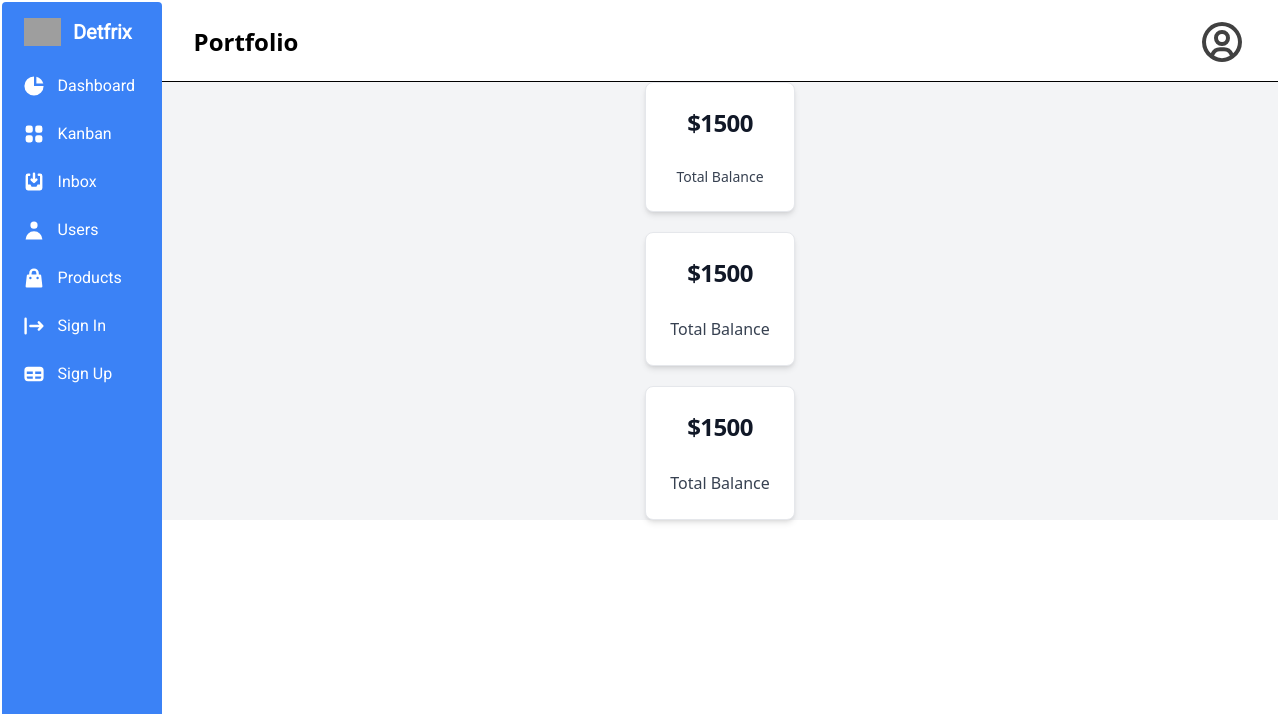
Repository: Elishaokon13/detfrix
Page: /dashboard
The author's editor kept a copy of each file at every save. The page is drawn from the files as they stood at one save, then again after a run of saves.
The browser window is 1280 px wide. The pictures show the whole page.
Pictures or frames that could not be fetched are drawn as grey boxes. The project was rebuilt for these pictures with package versions that can differ from the ones it lists, and the page was loaded fresh each time. Also part of the build but not shown: src/pages/SignIn.jsx, src/components/HomeHero.jsx, src/components/Navbar.jsx, src/components/Banner.jsx, src/components/Features.jsx, src/components/Footer.jsx, src/components/Plan.jsx, src/components/Testimonals.jsx and 3 more.

Above is the page before, as saved 2022-10-03 23:22:27.

### src/index.js
import React from "react";
import ReactDOM from "react-dom/client";
import "./index.css";
import "./alpha.css";
import App from "./App";

const root = ReactDOM.createRoot(document.getElementById("root"));
root.render(
   <React.StrictMode>
      <App />
   </React.StrictMode>
);

### src/index.css
@import url('https://fonts.googleapis.com/css2?family=Roboto&display=swap');

@tailwind base;
@tailwind components;
@tailwind utilities;

@layer utilities{
    @font-face {
        font-family: 'grotesk';
        src: url('/public/SpaceGrotesk.ttf');
    }
}

### src/alpha.css
:root {
  --color-primary-blue: #0057ff;
  --color-primary-blue-1: #447be7;
  --color-white: #f4f4f4;
}

.dashboard {
  display: grid;
  grid-template-columns: 10rem 1fr;
  grid-template-rows: 75px 1fr 0px;
  grid-template-areas: "sidenav body";
  height: 99vh;
  margin: 0.1rem;
  overflow: hidden;
}
@media only screen and (max-width: 41.875em) {
  .dashboard {
    grid-template-areas: "body";
    grid-template-columns: 1fr;
    height: 100vh;
    margin: 0px;
  }
}
.dashboard_sidebar {
  grid-area: sidenav;
}
@media only screen and (max-width: 41.875em) {
  .dashboard_sidebar {
    display: none;
  }
}
.dashboard_body {
  grid-area: body;
}
.dashboard_header {
  height: 5rem;
  border-bottom: 1px solid;
}
.dashboard_content {
  height: 88.5vh;
  overflow-x: auto;
}

.portfolio-header {
  height: inherit;
  padding: 2rem;
}
.portfolio-icon {
  height: 3rem;
  width: 3rem;
  fill: rgb(65, 65, 65);
}
.portfolio_box {
  padding: 2rem 5rem;
  border-radius: 10px;
  border: transparent;
  background-color: var(--color-white);
  outline: 1px solid var(--color-primary-blue);
  border-bottom: 15px solid rgba(68, 123, 231, 0.2);
}
.portfolio_box > h3 {
  font-size: 2rem;
  font-weight: 600;
  margin-bottom: 3rem;
}
.portfolio_box > p {
  text-transform: capitalize;
  font-size: 1.2rem;
  font-weight: 600;
}
.portfolio-cards {
  margin: 1rem;
}
@media only screen and (max-width: 57.5em) {
  .portfolio-cards {
    display: grid;
    grid-template-columns: repeat(auto-fit, minmax(15rem, 1fr));
  }
}

/*# sourceMappingURL=alpha.css.map */

### src/App.js
import {BrowserRouter as Router, Routes, Route} from 'react-router-dom';
import Home from './pages/Home'
import NotFound from './pages/NotFound'
import SignIn from './pages/SignIn'
import Dashboard from './pages/Dashboard';

function App() {
  return (
    <div className="App">
    <Router>
        <Routes>
          <Route path="/" element={<Home />} />
          <Route path="/signin" element={<SignIn />} />
          <Route path="/dashboard" element={<Dashboard />} />
          <Route path="*" element={<NotFound />} />
        </Routes>
    </Router>

    </div>
  );
}

export default App;

### src/pages/Dashboard.jsx
import React from "react";
import DashboardLayout from "../organism/layout/DashboardLayout";
import Portfolio from "../portfolio/Portfolio";

export default function Dashboard() {
   return (
      <DashboardLayout>
         <Portfolio />
      </DashboardLayout>
   );
}

### src/organism/layout/DashboardLayout/index.js
import {DashboardLayout} from "./dashboardLayout";
export default DashboardLayout;

### src/portfolio/Portfolio.jsx
import React from "react"

export default function Portfolio() {
    return (
        <div className="grid grid-cols gap-5 p-70 items-center -right-23 justify-center w-full bg-gray-100 dark:bg-gray-900">



            <a href="#" class="block flex flex-col gap-5  item-start p-6 max-w-2xl bg-white rounded-lg border border-gray-200 shadow-md hover:bg-blue-100 dark:bg-gray-800 dark:border-gray-700 dark:hover:bg-gray-700">
                <h5 class="  mb-2 text-2xl text-center font-bold tracking-tight text-gray-900 dark:text-white">$1500</h5>
                <p class="font-normal text-sm text-center text-gray-700 dark:text-gray-400">Total Balance</p>
            </a>


            <a href="#" class="block flex flex-col gap-5 p-6 max-w-sm bg-white rounded-lg border border-gray-200 shadow-md hover:bg-blue-100 dark:bg-gray-800 dark:border-gray-700 dark:hover:bg-gray-700">
                <h5 class="mb-2 text-2xl font-bold text-center tracking-tight text-gray-900 dark:text-white">$1500</h5>
                <p class="font-normal text-gray-700 dark:text-gray-400">Total Balance</p>
            </a>


            <a href="#" class="block p-6 max-w-sm gap-5 flex flex-col bg-white rounded-lg border border-gray-200 shadow-md hover:bg-blue-100 dark:bg-gray-800 dark:border-gray-700 dark:hover:bg-gray-700">
                <h5 class="mb-2 text-2xl font-bold text-center tracking-tight text-gray-900 dark:text-white">$1500</h5>
                <p class="font-normal text-gray-700 dark:text-gray-400">Total Balance</p>
            </a>


        </div>
    )
}

### src/organism/layout/DashboardLayout/dashboardLayout.jsx
import Sidebar from "../../../components/Sidebar";
import Header from "../../base/dashboardHeader";

export const DashboardLayout = ({ children }) => {
   return (
      <section className="dashboard">
         <div className="dashboard_sidebar">
            <Sidebar />
         </div>
         <div className="dashboard_body">
            <header className="dashboard_header">
               <Header />
            </header>
            <main className="dashboard_content">{children}</main>
         </div>
      </section>
   );
};

### src/components/Sidebar.jsx
import { BsArrowLeftShort } from 'react-icons/bs';
import { useState } from 'react';

const Sidebar = () => {
   const [open, setOpen] = useState(true);

   return (

      <aside class='w-20  md:w-40' aria-label="Sidebar">
         <div class='overflow-y-auto py-4 px-3  h-screen font-[roboto] bg-blue-500 rounded dark:bg-white-800'>

            <a href="https://flowbite.com/" class="flex items-center pl-2.5 mb-5">
               <img src="https://flowbite.com/docs/images/logo.svg" class="mr-3 h-6 sm:h-7" alt="Flowbite Logo" />
               <span class="self-center text-xl hidden md:inline font-semibold whitespace-nowrap text-white">Detfrix</span>
            </a>

            <ul class="space-y-2">
               <li>
                  <a href="#" class="flex items-center p-2 text-base font-normal text-white rounded-lg dark:text-white hover:bg-white-100 dark:hover:bg-white-700">
                     <svg aria-hidden="true" class="w-6 h-6 text-white transition duration-75 text-white-400 group-hover:text-white dark:group-hover:text-white" fill="currentColor" viewBox="0 0 20 20" xmlns="http://www.w3.org/2000/svg"><path d="M2 10a8 8 0 018-8v8h8a8 8 0 11-16 0z"></path><path d="M12 2.252A8.014 8.014 0 0117.748 8H12V2.252z"></path></svg>
                     <span class="ml-3 hidden md:inline">Dashboard</span>
                  </a>
               </li>
               <li>
                  <a href="#" class="flex items-center p-2 text-base font-normal text-white rounded-lg dark:text-white hover:bg-white-100 dark:hover:bg-white-700">
                     <svg aria-hidden="true" class="flex-shrink-0 w-6 h-6 text-white transition duration-75 dark:text-white-400 group-hover:text-white dark:group-hover:text-white" fill="currentColor" viewBox="0 0 20 20" xmlns="http://www.w3.org/2000/svg"><path d="M5 3a2 2 0 00-2 2v2a2 2 0 002 2h2a2 2 0 002-2V5a2 2 0 00-2-2H5zM5 11a2 2 0 00-2 2v2a2 2 0 002 2h2a2 2 0 002-2v-2a2 2 0 00-2-2H5zM11 5a2 2 0 012-2h2a2 2 0 012 2v2a2 2 0 01-2 2h-2a2 2 0 01-2-2V5zM11 13a2 2 0 012-2h2a2 2 0 012 2v2a2 2 0 01-2 2h-2a2 2 0 01-2-2v-2z"></path></svg>
                     <span class="flex-1 ml-3 hidden md:inline whitespace-nowrap">Kanban</span>

                  </a>
               </li>
               <li>
                  <a href="#" class="flex items-center p-2 text-base font-normal text-white rounded-lg dark:text-white hover:bg-white-100 dark:hover:bg-white-700">
                     <svg aria-hidden="true" class="flex-shrink-0 w-6 h-6 text-white transition duration-75 dark:text-white-400 group-hover:text-white dark:group-hover:text-white" fill="currentColor" viewBox="0 0 20 20" xmlns="http://www.w3.org/2000/svg"><path d="M8.707 7.293a1 1 0 00-1.414 1.414l2 2a1 1 0 001.414 0l2-2a1 1 0 00-1.414-1.414L11 7.586V3a1 1 0 10-2 0v4.586l-.293-.293z"></path><path d="M3 5a2 2 0 012-2h1a1 1 0 010 2H5v7h2l1 2h4l1-2h2V5h-1a1 1 0 110-2h1a2 2 0 012 2v10a2 2 0 01-2 2H5a2 2 0 01-2-2V5z"></path></svg>
                     <span class="flex-1 ml-3 hidden md:inline whitespace-nowrap">Inbox</span>

                  </a>
               </li>
               <li>
                  <a href="#" class="flex items-center p-2 text-base font-normal text-white rounded-lg dark:text-white hover:bg-white-100 dark:hover:bg-white-700">
                     <svg aria-hidden="true" class="flex-shrink-0 w-6 h-6 text-white transition duration-75 dark:text-white-400 group-hover:text-white dark:group-hover:text-white" fill="currentColor" viewBox="0 0 20 20" xmlns="http://www.w3.org/2000/svg"><path fill-rule="evenodd" d="M10 9a3 3 0 100-6 3 3 0 000 6zm-7 9a7 7 0 1114 0H3z" clip-rule="evenodd"></path></svg>
                     <span class="flex-1 ml-3 hidden md:inline whitespace-nowrap">Users</span>
                  </a>
               </li>
               <li>
                  <a href="#" class="flex items-center p-2 text-base font-normal text-white rounded-lg dark:text-white hover:bg-white-100 dark:hover:bg-white-700">
                     <svg aria-hidden="true" class="flex-shrink-0 w-6 h-6 text-white transition duration-75 dark:text-white-400 group-hover:text-white dark:group-hover:text-white" fill="currentColor" viewBox="0 0 20 20" xmlns="http://www.w3.org/2000/svg"><path fill-rule="evenodd" d="M10 2a4 4 0 00-4 4v1H5a1 1 0 00-.994.89l-1 9A1 1 0 004 18h12a1 1 0 00.994-1.11l-1-9A1 1 0 0015 7h-1V6a4 4 0 00-4-4zm2 5V6a2 2 0 10-4 0v1h4zm-6 3a1 1 0 112 0 1 1 0 01-2 0zm7-1a1 1 0 100 2 1 1 0 000-2z" clip-rule="evenodd"></path></svg>
                     <span class="flex-1 ml-3 hidden md:inline whitespace-nowrap">Products</span>
                  </a>
               </li>
               <li>
                  <a href="#" class="flex items-center p-2 text-base font-normal text-white rounded-lg dark:text-white hover:bg-white-100 dark:hover:bg-white-700">
                     <svg aria-hidden="true" class="flex-shrink-0 w-6 h-6 text-white transition duration-75 dark:text-white-400 group-hover:text-white dark:group-hover:text-white" fill="currentColor" viewBox="0 0 20 20" xmlns="http://www.w3.org/2000/svg"><path fill-rule="evenodd" d="M3 3a1 1 0 00-1 1v12a1 1 0 102 0V4a1 1 0 00-1-1zm10.293 9.293a1 1 0 001.414 1.414l3-3a1 1 0 000-1.414l-3-3a1 1 0 10-1.414 1.414L14.586 9H7a1 1 0 100 2h7.586l-1.293 1.293z" clip-rule="evenodd"></path></svg>
                     <span class="flex-1 ml-3 hidden md:inline whitespace-nowrap">Sign In</span>
                  </a>
               </li>
               <li>
                  <a href="#" class="flex items-center p-2 text-base font-normal text-white rounded-lg dark:text-white hover:bg-white-100 dark:hover:bg-white-700">
                     <svg aria-hidden="true" class="flex-shrink-0 w-6 h-6 text-white transition duration-75 dark:text-white-400 group-hover:text-white dark:group-hover:text-white" fill="currentColor" viewBox="0 0 20 20" xmlns="http://www.w3.org/2000/svg"><path fill-rule="evenodd" d="M5 4a3 3 0 00-3 3v6a3 3 0 003 3h10a3 3 0 003-3V7a3 3 0 00-3-3H5zm-1 9v-1h5v2H5a1 1 0 01-1-1zm7 1h4a1 1 0 001-1v-1h-5v2zm0-4h5V8h-5v2zM9 8H4v2h5V8z" clip-rule="evenodd"></path></svg>
                     <span class="flex-1 ml-3 hidden md:inline whitespace-nowrap">Sign Up</span>
                  </a>
               </li>
            </ul>
         </div>
      </aside>
   )
}

export default Sidebar

### src/organism/base/dashboardHeader/index.js
import { Header } from "./header";
export default Header;

### src/organism/base/dashboardHeader/header.jsx
import { BiUserCircle } from "react-icons/bi";
export const Header = () => {
   return (
      <div className="flex items-center justify-between portfolio-header">
         <h2 className="text-2xl font-semibold capitalize">Portfolio</h2>
         <span>
            <BiUserCircle className="portfolio-icon" />
         </span>
      </div>
   );
};

### tailwind.config.js
/** @type {import('tailwindcss').Config} */
module.exports = {
  content: [
    "./src/**/*.{js,jsx,ts,tsx}",
  ],
  theme: {
    fontFamily:{
      'roboto': ['roboto', 'sans-serif'],
      'syne': ['syne', 'sans-serif']
    },
    extend: {},
  },
  plugins: [],
}

### src/organism/sections/PortfolioBoxSection/index.js
import {PortfolioBox} from "./portfolioBox"
export default PortfolioBox;

### src/organism/sections/PortfolioBoxSection/portfolioBox.jsx
import Box from "../../base/PortfolioBox";

export const PortfolioBox = () => {
   return (
      <div className="flex items-center">
         {Array(3)
            .fill()
            .map((el, i) => (
               <Box />
            ))}
      </div>
   );
};

### src/organism/base/PortfolioBox/index.js
import { Box } from "./Box";
export default Box;

### src/organism/base/PortfolioBox/Box.jsx
import React from "react";

export const Box = ({ amount = "15,000", name = "total profits" }) => {
   return (
      <div className="portfolio_box flex flex-col justify-around">
         <h3>${amount}</h3>
         <p>{name}</p>
      </div>
   );
};

Loaded but not shown: public/index.html (common file)

After the next 2 saves:
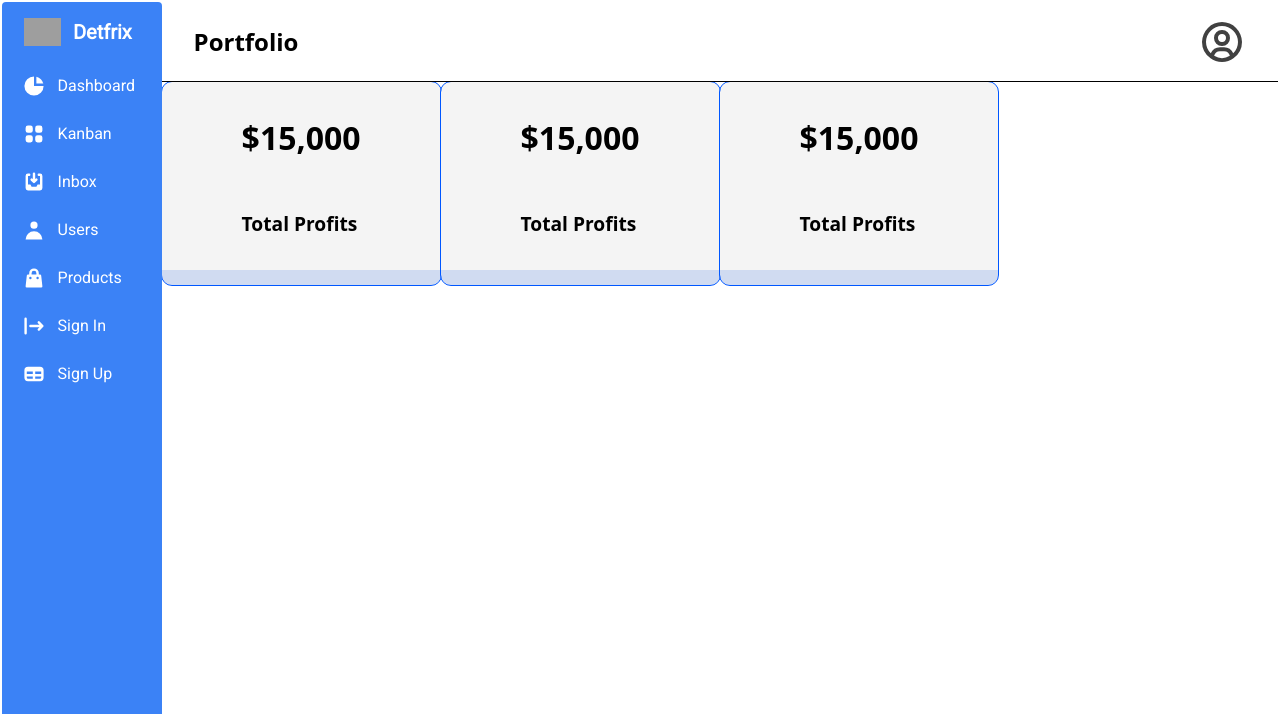
The 2 saves are shown as one change because they came seconds apart.
The last was saved 20 s later.
--- a/src/pages/Dashboard.jsx
+++ b/src/pages/Dashboard.jsx
@@ -1,11 +1,12 @@
 import React from "react";
 import DashboardLayout from "../organism/layout/DashboardLayout";
+import PortfolioBox from "../organism/sections/PortfolioBoxSection";
 import Portfolio from "../portfolio/Portfolio";
 
 export default function Dashboard() {
    return (
       <DashboardLayout>
-         <Portfolio />
+         <PortfolioBox />
       </DashboardLayout>
    );
 }
